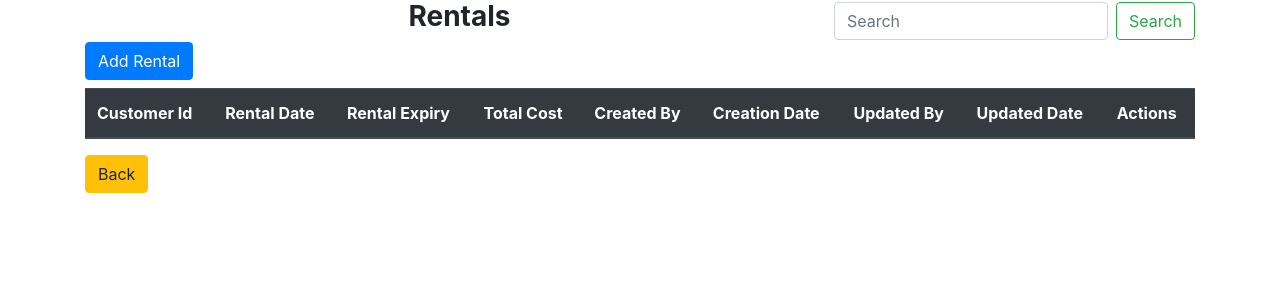
Repository: messimacky/Movie-Rental-System-Front-End
Page: /rentals
An editor plug-in stored every save of this project. The page is shown before and after the next save, followed by the edit.
The browser window is 1280 px wide. The pictures show the whole page.
The page's requests for data from a server got no answer. The project was rebuilt for these pictures with package versions that can differ from the ones it lists, and the page was loaded fresh each time. No one was signed in, and anything a server would have sent is missing. Also part of the build but not shown: src/services/movie.service.js, src/components/AddMovie.js, src/components/MoviesList.js, src/components/NotFound.js, src/components/login/Login.js, src/services/customer.service.js, src/components/AddCustomer.js, src/components/CustomerList.js and 5 more.

Above is the page before, as saved 2022-05-13 15:51:40.

### src/index.js
import { Auth0Provider } from '@auth0/auth0-react';
import React from 'react';
import ReactDOM from 'react-dom';
import App from './App';
const domain = process.env.REACT_APP_AUTH0_DOMAIN;
const clientId = process.env.REACT_APP_AUTH0_CLIENT_ID;

ReactDOM.render(
  <Auth0Provider
    domain={domain}
    clientId={clientId}
    redirectUri={window.location.origin}
  >
    <App />
  </Auth0Provider>,
  document.getElementById('root')
);

### src/App.js
import { BrowserRouter as Router, Switch, Route } from 'react-router-dom';
import AddMovie from './components/AddMovie';
import MoviesList from "./components/MoviesList";
import NotFound from "./components/NotFound";
import Login from './components/login/Login';
import AddCustomer from './components/AddCustomer'
import CustomersList from './components/CustomerList';
import RentalsList from './components/RentalsList';
import AddRental from './components/AddRental';
import FirstPage from './components/FirstPage';
import Signup from './components/signup/Signup';
import Home from './components/Home';
// import LoginButton from './components/LoginButton';
function App() {
  return (
    <Router>
      <div>
        <Switch>

          <Route exact path="/" component={FirstPage} />

          <Route path="/home" component={Home} />


          <Route exact path="/movies" component={MoviesList} />
          <Route path="/add-movie" component={AddMovie} />
          <Route path="/movies/edit/:id" component={AddMovie} />




          <Route exact path="/customers" component={CustomersList} />
          <Route path="/add-customer" component={AddCustomer} />
          <Route path="/customers/edit/:id" component={AddCustomer} />



          <Route path="/login" component={Login} />
          <Route path="/signup" component={Signup} />



          <Route exact path="/rentals" component={RentalsList} />
          <Route path="/add-rental" component={AddRental} />
          <Route path="/rentals/edit/:id" component={AddRental} />
          <Route path="*" component={NotFound} />
        </Switch>
      </div>
    </Router>
  )
}

export default App;

### src/components/RentalsList.js
import { useEffect, useState } from "react";
import 'bootstrap/dist/css/bootstrap.min.css';
import rentalService from "../services/rental.service";
import { Link } from "react-router-dom";

const RentalsList = () => {
    const [rentals, setRentals] = useState([]);


    useEffect(() => {
        init();

    }, [])

    const init = () => {
        rentalService.getAll()
            .then(response => {
                console.log(response.data);
                setRentals(response.data);

            })
            .catch(error => {
                console.log("Something went wrong", error);
            })
    }

    const handleDelete = id => {
        rentalService.remove(id)
            .then(response => {
                console.log("Rental deleted succesfully", response.data);
                init();

            })
            .catch(error => {
                console.log("Something went wrong", error);
            })
    }


    return (
        <div className="container">
            <form className="form-inline my-4 my-lg-0">
                <h3 className="mx-auto"><b>Rentals</b></h3>
                <input className="form-control mr-sm-2 ml-20" type="search" placeholder="Search" aria-label="Search" />
                <button className="btn btn-outline-success my-2 my-sm-0" type="submit">Search</button>

            </form>

            <div>
                <Link to="/add-rental" className="btn btn-primary mb-2">Add Rental</Link>




                <table className="table table-border table-sriped">
                    <thead className="thead-dark">
                        <tr>
                            <th>Customer Id</th>
                            <th>Rental Date</th>
                            <th>Rental Expiry</th>
                            <th>Total Cost</th>
                            <th>Created By</th>
                            <th>Creation Date</th>
                            <th>Updated By</th>
                            <th>Updated Date</th>
                            <th>Actions</th>




                        </tr>
                    </thead>
                    <tbody>
                        {
                            rentals.map(rental => (
                                <tr key={rental.id} >

                                    <td>{rental.Id}</td>
                                    <td>{rental.rentalDate}</td>
                                    <td>{rental.rentalExpiry}</td>
                                    <td>{rental.totalCost}</td>
                                    <td>{rental.createdBy}</td>
                                    <td>{rental.creationDate}</td>
                                    <td>{rental.lastModifiedBy}</td>
                                    <td>{rental.lastModifiedDate}</td>


                                    <td>
                                        <Link className="btn btn-info" to={`/rentals/edit/${rental.id}`}> Update</Link>
                                        <button className="btn btn-danger ml-2" onClick={(e) => {
                                            handleDelete(rental.id);
                                        }}>Delete</button>
                                    </td>

                                </tr>
                            ))
                        }
                    </tbody>
                </table>
            </div>
            <Link className="btn btn-warning" to="/home">Back</Link>
        </div>
    );
}

export default RentalsList;

### src/components/login/Login.css
body {
    margin: 0;
    padding: 0;
    /* font-family: sans-serif; */
    background-size: cover;
    background-repeat: no-repeat;
}



.form {
    position: absolute;
    top: 50%;
    left: 50%;
    border: none;
    transform: translate(-50%, -50%);
    width: 400px;
    min-height: 450px;
    background-color: #fff;
    box-shadow: 0 15px 50px rgba(0, 0, 0, 0.5);
    padding: 50px;
    box-sizing: border-box;

    /* background: url(data:[embedded picture, 5679 characters]); */
    /* background: url(https://picsum.photos/3000/2000/?image=1015); */



}

.form h2 {
    margin-left: 60px;
    margin-top: 40px;
    color: white;
    /* margin: 30 0 40px; */
    padding: 0;
    color: black;
}

.form .input-box {
    position: relative;
    margin: 5px 0;
}

.form .input-box input {
    width: 100%;
    font-size: px;
    border: none;
    border-bottom: 2px solid #777;
    outline: none;
    padding: 10px;
    padding-left: 30px;
    box-sizing: border-box;
    font-weight: bold;
    color: #777;
}

.form .input-box input:focus,
.form .input-box input:valid {
    border-bottom-color: #03a9f4;
}

.form .input-box .fa {
    position: absolute;
    top: 8px;
    left: 5px;
    font-size: 18px;
    color: #777;
}

.form .input-box input[type="submit"] {
    border: none;
    cursor: pointer;
    background-color: #03a9f4;
    color: #fff;
    font-weight: bold;
    transition: 0.5s;
}

.form .input-box input[type="submit"]:hover {
    background-color: #ff4987;

}

.form a {
    text-decoration: none;
    color: black;

    margin-top: 4px;
    margin-left: 170px;
    /* font-weight: bold; */
    display: inline-block;
    transition: 0.5s;
}


.submit {
    margin-top: 30px;
    margin-left: 30px;


}

.form a {
    margin-top: 20px;
    margin-left: 50px;
    color: black;
    color: blue;
}

.form button {
    margin-top: 10px;
    margin-left: 50px;
    color: black;
    outline: invert;

}

.form button :hover {

    color: blue;
}

### src/components/AddCustomer.css
body {
    margin: 0;
    padding: 0;
    /* font-family: sans-serif; */
    background-size: cover;
    background-repeat: no-repeat;
}



.form {
    position: absolute;
    top: 50%;
    left: 50%;
    border: none;
    transform: translate(-50%, -50%);
    width: 400px;
    min-height: 450px;
    background-color: #fff;
    box-shadow: 0 15px 50px rgba(0, 0, 0, 0.5);
    padding: 50px;
    box-sizing: border-box;

    /* background: url(data:[embedded picture, 5679 characters]); */
    /* background: url(https://picsum.photos/3000/2000/?image=1015); */



}

.form h2 {
    margin-left: 60px;
    margin-top: 40px;
    color: white;
    /* margin: 30 0 40px; */
    padding: 0;
    color: black;
}

.form .input-box {
    position: relative;
    margin: 5px 0;
}

.form .input-box input {
    width: 100%;
    font-size: px;
    border: none;
    border-bottom: 2px solid #777;
    outline: none;
    padding: 10px;
    padding-left: 30px;
    box-sizing: border-box;
    font-weight: bold;
    color: #777;
}

.form .input-box input:focus,
.form .input-box input:valid {
    border-bottom-color: #03a9f4;
}

.form .input-box .fa {
    position: absolute;
    top: 8px;
    left: 5px;
    font-size: 18px;
    color: #777;
}

.form .input-box input[type="submit"] {
    border: none;
    cursor: pointer;
    background-color: #03a9f4;
    color: #fff;
    font-weight: bold;
    transition: 0.5s;
}

.form .input-box input[type="submit"]:hover {
    background-color: #ff4987;

}

.form a {
    text-decoration: none;
    color: black;

    margin-top: 4px;
    margin-left: 170px;
    /* font-weight: bold; */
    display: inline-block;
    transition: 0.5s;
}


.submit {
    margin-top: 30px;
    margin-left: 30px;


}

.form a {
    margin-top: 20px;
    margin-left: 50px;
    color: black;
    color: blue;
}

.form button {
    margin-top: 10px;
    margin-left: 50px;
    color: black;
    outline: invert;

}

.form button :hover {

    color: blue;
}

### src/services/rental.service.js
import httpClient from '../http-common';

const getAll = () => {
    return httpClient.get('/rentals');
}

const create = (data) => {
    return httpClient.post("/rentals", data);
}

const get = id => {
    return httpClient.get(`/rentals/${id}`);
}

const update = (data) => {
    return httpClient.put('/rentals', data);
}

const remove = id => {
    return httpClient.delete(`/rentals/${id}`);
}

export default { getAll, create, get, update, remove };

### src/components/signup/Signup.css
body {
    margin: 0;
    padding: 0;
    /* font-family: sans-serif; */
    background-size: cover;
    background-repeat: no-repeat;
}



.form {
    position: absolute;
    top: 50%;
    left: 50%;
    border: none;
    transform: translate(-50%, -50%);
    width: 400px;
    min-height: 450px;
    background-color: #fff;
    box-shadow: 0 15px 50px rgba(0, 0, 0, 0.5);
    padding: 50px;
    box-sizing: border-box;

    /* background: url(data:[embedded picture, 5679 characters]); */
    /* background: url(https://picsum.photos/3000/2000/?image=1015); */



}

.form h2 {
    margin-left: 60px;
    margin-top: 40px;
    color: white;
    /* margin: 30 0 40px; */
    padding: 0;
    color: black;
}

.form .input-box {
    position: relative;
    margin: 5px 0;
}

.form .input-box input {
    width: 100%;
    font-size: px;
    border: none;
    border-bottom: 2px solid #777;
    outline: none;
    padding: 10px;
    padding-left: 30px;
    box-sizing: border-box;
    font-weight: bold;
    color: #777;
}

.form .input-box input:focus,
.form .input-box input:valid {
    border-bottom-color: #03a9f4;
}

.form .input-box .fa {
    position: absolute;
    top: 8px;
    left: 5px;
    font-size: 18px;
    color: #777;
}

.form .input-box input[type="submit"] {
    border: none;
    cursor: pointer;
    background-color: #03a9f4;
    color: #fff;
    font-weight: bold;
    transition: 0.5s;
}

.form .input-box input[type="submit"]:hover {
    background-color: #ff4987;

}

.form a {
    text-decoration: none;
    color: black;

    margin-top: 4px;
    margin-left: 170px;
    /* font-weight: bold; */
    display: inline-block;
    transition: 0.5s;
}


.submit {
    margin-top: 30px;
    margin-left: 30px;


}

.form a {
    margin-top: 20px;
    margin-left: 50px;
    color: black;
    color: blue;
}

.form button {
    margin-top: 10px;
    margin-left: 50px;
    color: black;
    outline: invert;

}

.form button :hover {

    color: blue;
}

### src/http-common.js
import axios from "axios";


export default axios.create({
    baseURL: 'http://localhost:8080',
    headers: {
        'Content_Type': 'application/json'
    }

});

Loaded but not shown: public/index.html (common file)

After the next save:
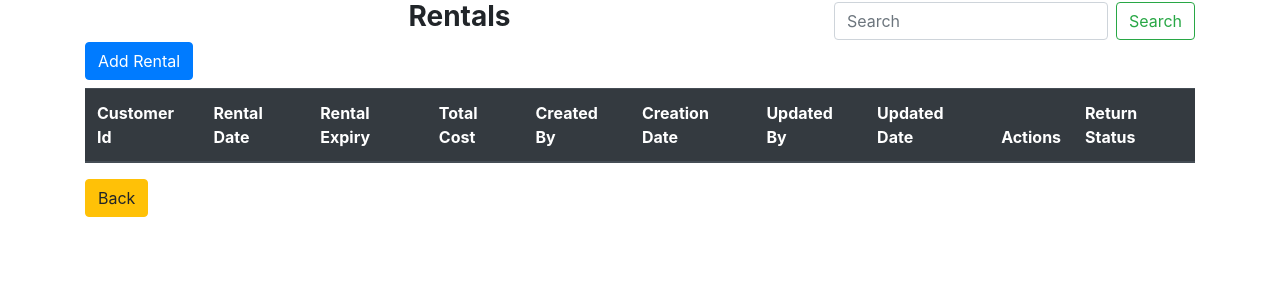
Saved 68 s later.
--- a/src/components/RentalsList.js
+++ b/src/components/RentalsList.js
@@ -64,6 +64,7 @@ const RentalsList = () => {
                             <th>Updated By</th>
                             <th>Updated Date</th>
                             <th>Actions</th>
+                            <th>Return Status</th>
 
 
 
